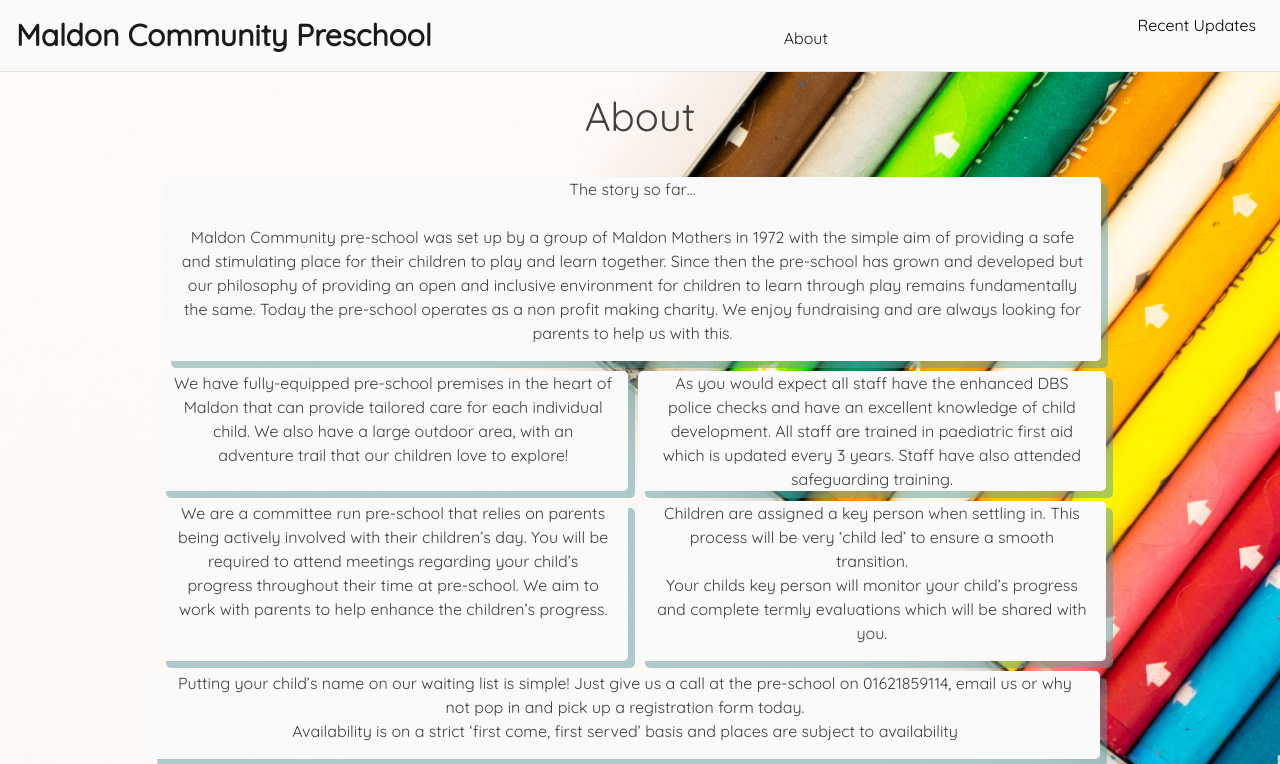
Repository: parkslee/milestone_1
Page: about.html
The author's editor kept a record of every edit. The page is drawn from the files as they stood at one moment, then again after the next edit.
The browser window is 1280 px wide. The pictures show the part of the page from y = 0 to 764 px (the page is 1412 px tall).
Pictures or frames that could not be fetched are drawn as grey boxes. Some web libraries are served in a nearby version.

Above is the page before.

After the next edit:
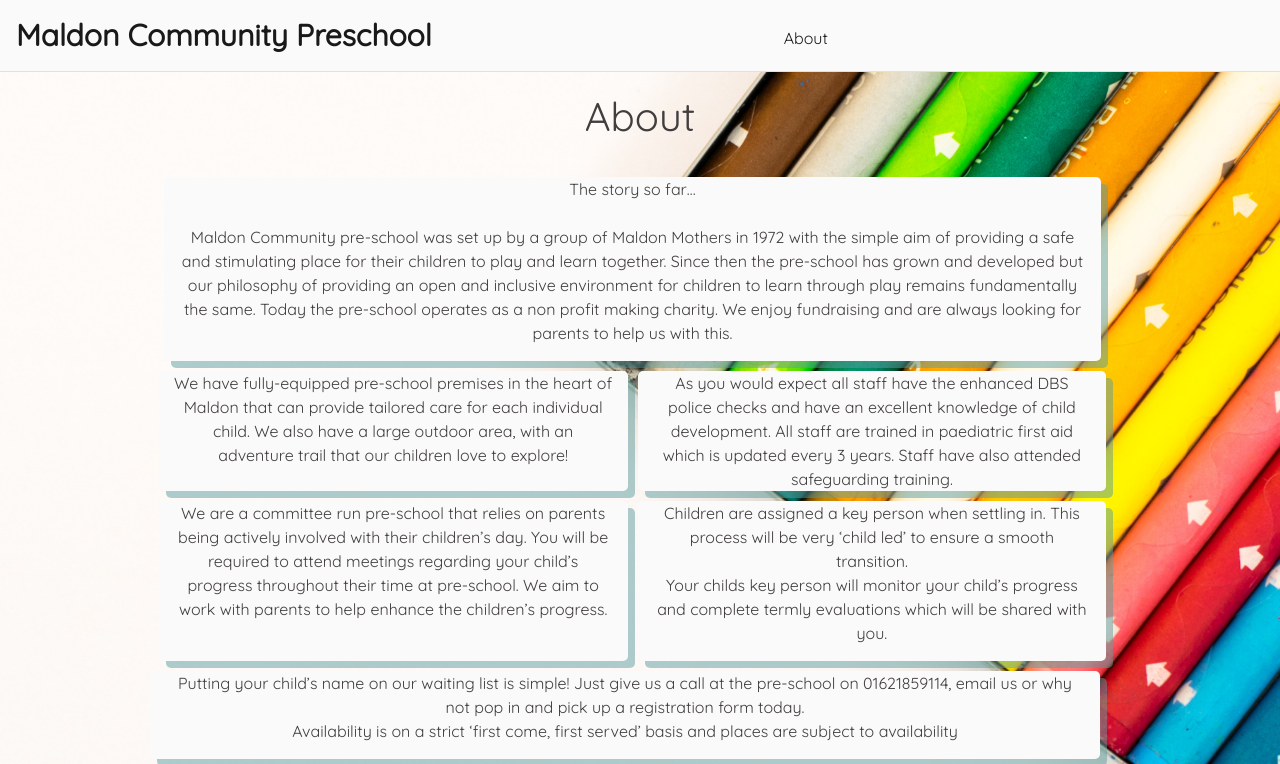
The edit:
--- a/about.html
+++ b/about.html
@@ -41,7 +41,7 @@
                             <a class="nav-link" href="./newsletter.html">Newsletter</a>
                         </li>
                         <li class="nav-item">
-                            <a class="nav-link-star" href="./updates.html">Recent Updates</a>
+                            <a class="nav-link" id="about" href="./updates.html">Recent Updates</a>
                         </li>
                     </ul>
                 </div>
